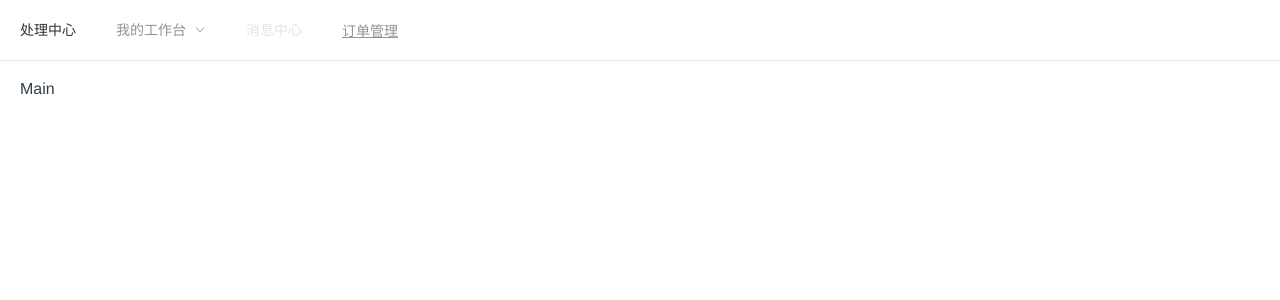
Repository: gaoxinke88888888/vue2-router-template
Page: /
These files come from the project's save history. The page is drawn as it stood at one moment and after the next save; the edit follows.
The browser window is 1280 px wide. The pictures show the whole page.
The project was rebuilt for these pictures with package versions that can differ from the ones it lists, and the page was loaded fresh each time. Also part of the build but not shown: vue.config.js.

Above is the page before, as saved 2022-04-01 11:15:59.

### src/main.js
import Vue from "vue";
import ElementUI from 'element-ui';
import 'element-ui/lib/theme-chalk/index.css';
import App from "./App";

import router from './router/index.js'

Vue.use(ElementUI)

new Vue({
  el: "#app",
  router,
  render: (h) => h(App),
});

// new Vue({
//   el: "#app",
//   router: router,
//   render: (h) => h(App)
// });

### src/App.vue
<template>
  <div id="app">
    <router-view></router-view>
  </div>
</template>

<script>

export default {
  name: 'App'
}
</script>

<style>
#app {
  font-family: Avenir, Helvetica, Arial, sans-serif;
  -webkit-font-smoothing: antialiased;
  -moz-osx-font-smoothing: grayscale;
  color: #2c3e50;
  width: 100%;
  height: 100%;
}
html,body{
width: 100%;
height: 100%;
margin: 0 0 0 0;
}
</style>

### src/router/index.js

import VueRouter from 'vue-router'
import Vue from 'vue'
Vue.use(VueRouter)
const routes = [
  {
  path: '/',
  alias: '/home',
  name: 'home',
  meta: {},
  component: () => import('../view/home.vue'),
  },
  {
    path: '/login',
    name: 'login',
    meta: {},
    component: () => import('../view/login.vue'),
    },
]
const router = new VueRouter({
        routes,
        mode: 'history'
    })
export default router

### src/view/home.vue
<template>
  <div>
    <el-container>
      <el-header style="padding: 0 0 0 0">
        <el-menu
          :default-active="activeIndex"
          class="el-menu-demo"
          mode="horizontal"
          @select="handleSelect"
        >
          <el-menu-item index="1">处理中心</el-menu-item>
          <el-submenu index="2">
            <template slot="title">我的工作台</template>
            <el-menu-item index="2-1">选项1</el-menu-item>
            <el-menu-item index="2-2">选项2</el-menu-item>
            <el-menu-item index="2-3">选项3</el-menu-item>
            <el-submenu index="2-4">
              <template slot="title">选项4</template>
              <el-menu-item index="2-4-1">选项1</el-menu-item>
              <el-menu-item index="2-4-2">选项2</el-menu-item>
              <el-menu-item index="2-4-3">选项3</el-menu-item>
            </el-submenu>
          </el-submenu>
          <el-menu-item index="3" disabled>消息中心</el-menu-item>
          <el-menu-item index="4"
            ><a href="https://www.ele.me" target="_blank"
              >订单管理</a
            ></el-menu-item
          >
        </el-menu>
      </el-header>
      <el-main>Main</el-main>
    </el-container>
  </div>
</template>
<script>
export default {
  name: "App",
  data() {
    return {};
  },
};
</script>
<style scoped></style>

Loaded but not shown: public/index.html (common file)

After the next save:
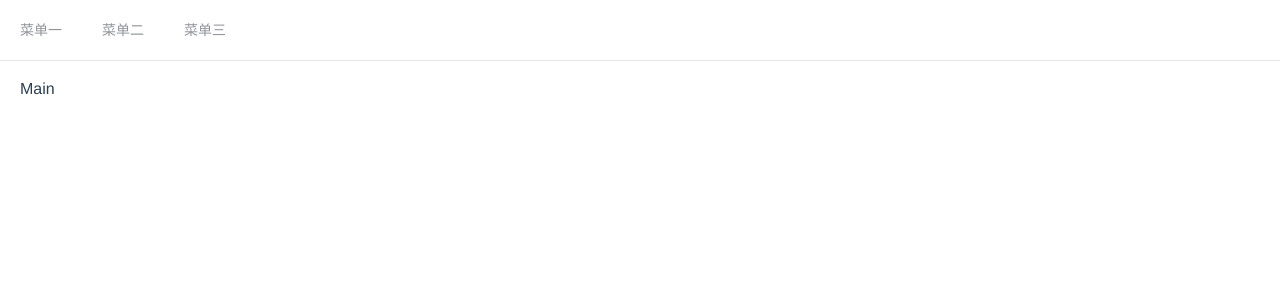
Saved 56 s later.
--- a/src/view/home.vue
+++ b/src/view/home.vue
@@ -8,25 +8,9 @@
           mode="horizontal"
           @select="handleSelect"
         >
-          <el-menu-item index="1">处理中心</el-menu-item>
-          <el-submenu index="2">
-            <template slot="title">我的工作台</template>
-            <el-menu-item index="2-1">选项1</el-menu-item>
-            <el-menu-item index="2-2">选项2</el-menu-item>
-            <el-menu-item index="2-3">选项3</el-menu-item>
-            <el-submenu index="2-4">
-              <template slot="title">选项4</template>
-              <el-menu-item index="2-4-1">选项1</el-menu-item>
-              <el-menu-item index="2-4-2">选项2</el-menu-item>
-              <el-menu-item index="2-4-3">选项3</el-menu-item>
-            </el-submenu>
-          </el-submenu>
-          <el-menu-item index="3" disabled>消息中心</el-menu-item>
-          <el-menu-item index="4"
-            ><a href="https://www.ele.me" target="_blank"
-              >订单管理</a
-            ></el-menu-item
-          >
+          <el-menu-item index="1">菜单一</el-menu-item>
+            <el-menu-item index="1">菜单二</el-menu-item>
+            <el-menu-item index="1">菜单三</el-menu-item>
         </el-menu>
       </el-header>
       <el-main>Main</el-main>
